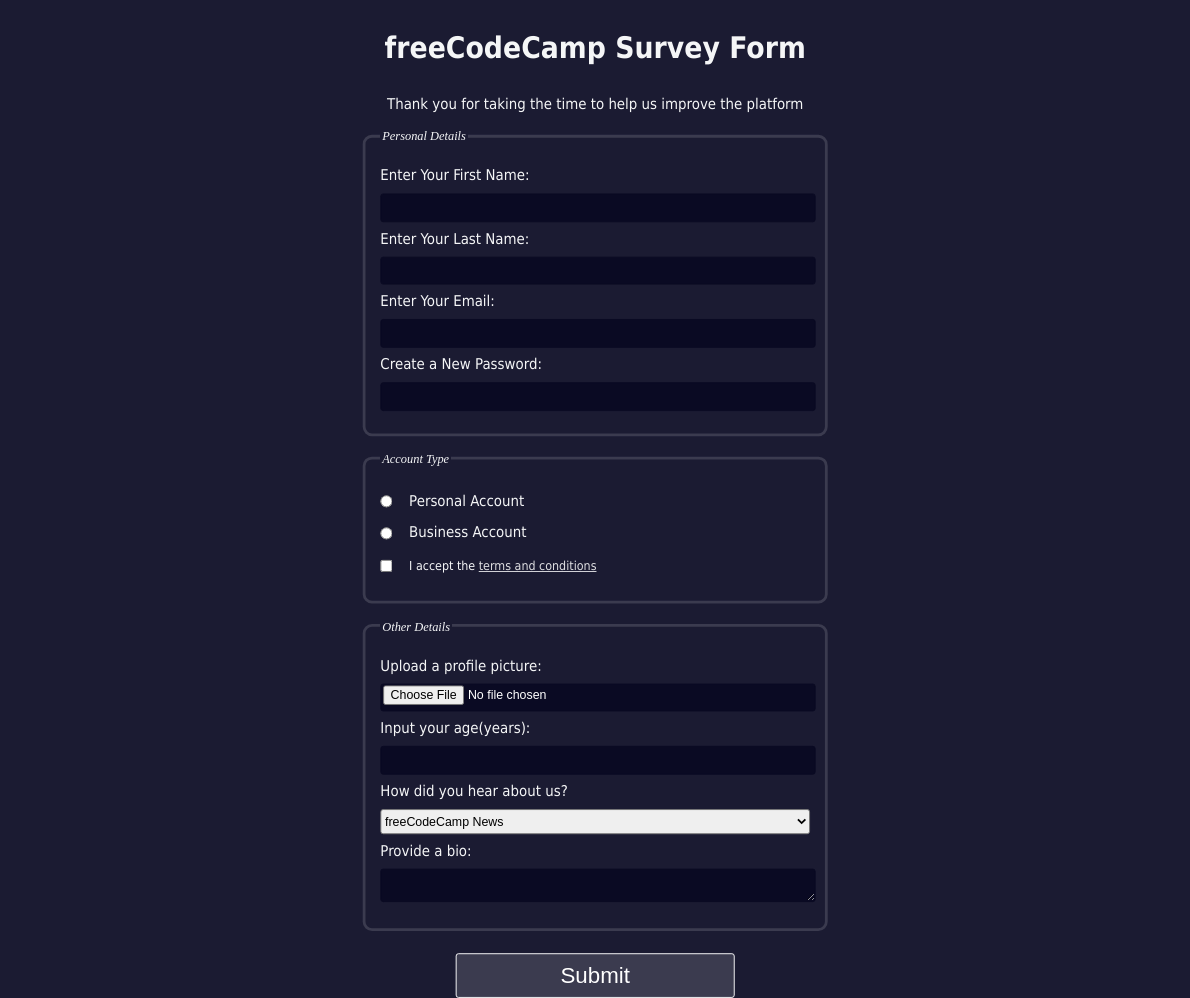
Repository: Lungdjos/survey_form_certification
Page: index.html
An editor plug-in stored every save of this project. The page is shown before and after the next save, followed by the edit.
The browser window is 1280 px wide. The pictures show the whole page, at 93% of full size.

Above is the page before, as saved 2023-09-29 12:41:20.

After the next save:
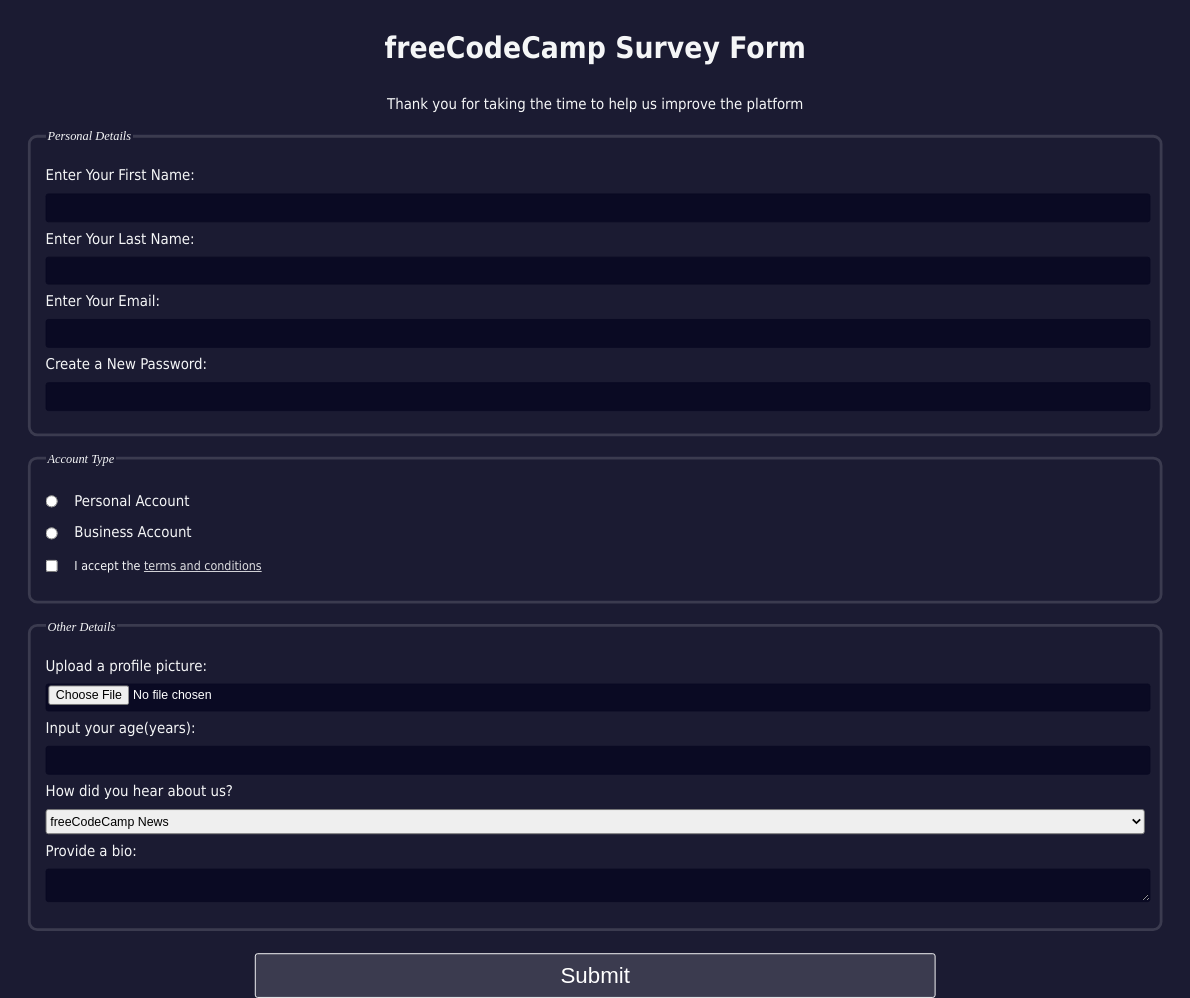
Saved 34 s later.
--- a/styles.css
+++ b/styles.css
@@ -84,7 +84,7 @@
     text-align: center;
 }
 
-form {
+p form {
     margin: 0 auto;
     max-width: 500px;
     min-width: 300px;

After the save that followed:
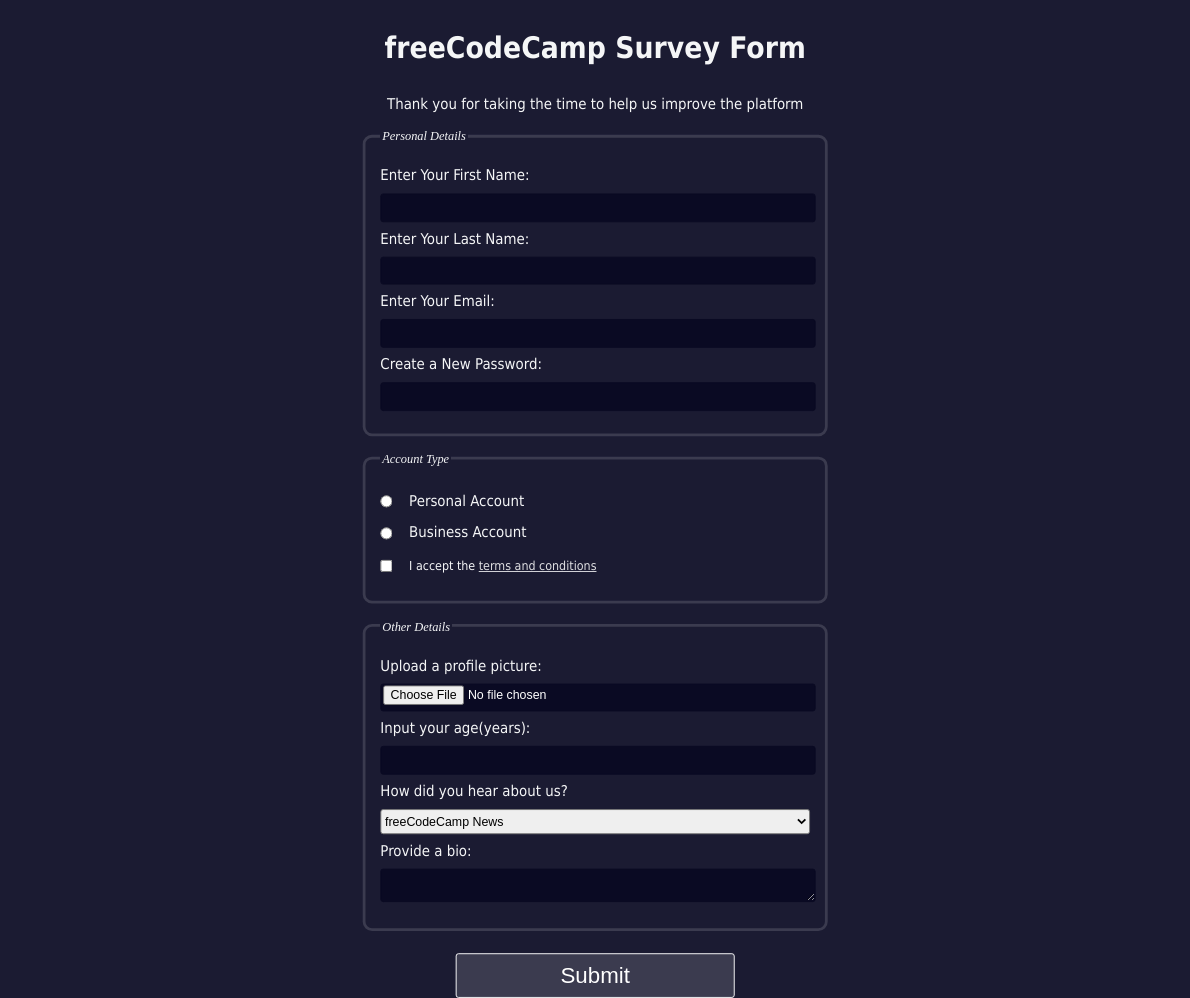
Saved 5 s later.
--- a/styles.css
+++ b/styles.css
@@ -84,7 +84,9 @@
     text-align: center;
 }
 
-p form {
+p {}
+
+form {
     margin: 0 auto;
     max-width: 500px;
     min-width: 300px;
